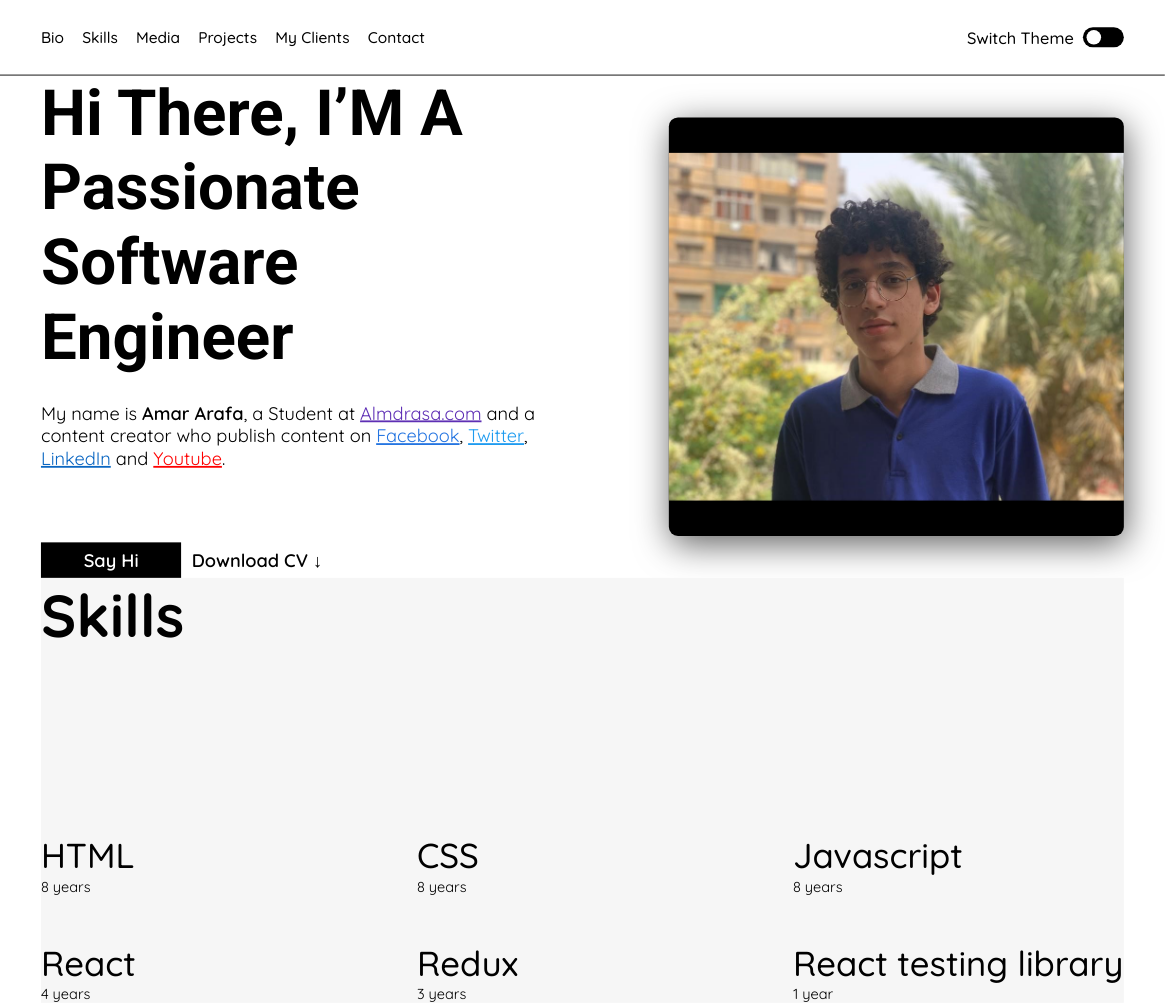
Repository: benarafa1/personal-website
Page: index.html
The author's editor kept a copy of each file at every save. The page is drawn from the files as they stood at one save, then again after the next save.
The browser window is 1280 px wide. The pictures show the whole page, at 91% of full size.

Above is the page before, as saved 2025-04-12 16:16:49.

### index.html
<!DOCTYPE html>
<html lang="en">
  <head>
    <meta charset="UTF-8" />
    <meta name="viewport" content="width=device-width, initial-scale=1.0" />
    <link rel="preconnect" href="https://fonts.googleapis.com" />
    <link rel="preconnect" href="https://fonts.gstatic.com" crossorigin />
    <link rel="preconnect" href="https://fonts.googleapis.com" />
    <link rel="preconnect" href="https://fonts.gstatic.com" crossorigin />
    <link
      href="https://fonts.googleapis.com/css2?family=Quicksand:wght@300..700&family=Roboto:ital,wght@0,100;0,300;0,400;0,500;0,700;0,900;1,100;1,300;1,400;1,500;1,700;1,900&display=swap"
      rel="stylesheet"
    />

    <link rel="stylesheet" href="style.css" />
    <title>Amar Arafa</title>
  </head>

  <body>
    <div class="container">
      <header class="header">
        <nav class="navigation">
          <ul class="navigation__list">
            <li><a class="navigation__link" href="#">Bio</a></li>
            <li><a class="navigation__link" href="#">Skills</a></li>
            <li><a class="navigation__link" href="#">Media</a></li>
            <li><a class="navigation__link" href="#">Projects</a></li>
            <li><a class="navigation__link" href="#">My Clients</a></li>
            <li><a class="navigation__link" href="#">Contact</a></li>
          </ul>
        </nav>
        <div class="toggle">
          <h3 class="toggle__title">Switch Theme</h3>
          <input
            type="checkbox"
            name="toggle__checkbox"
            id="checkbox"
            class="toggle__checkbox"
          />
          <label for="checkbox" class="toggle__label"></label>
        </div>
      </header>
      <section class="bio section">
        <div class="bio__data-part">
          <h1 class="bio__heading">
            Hi There, I’M A Passionate Software Engineer
          </h1>
          <p class="bio__objective">
            My name is <span class="bio__name">Amar Arafa</span>, a Student at
            <a href="" class="bio__Almdrasa">Almdrasa.com</a> and a content
            creator who publish content on
            <a href="#" class="bio__Facebook">Facebook</a>,
            <a href="#" class="bio__Twitter">Twitter</a>,
            <a href="#" class="bio__LinkedIn">LinkedIn</a> and
            <a href="#" class="bio__Youtube">Youtube</a>.
          </p>
          <a href="#" class="bio__links say-hi-link">Say Hi</a>
          <a href="#" class="bio__links download-cv-link"
            >Download CV <span class="bio__arrow">↓</span></a
          >
        </div>
        <div class="bio__pic-part">
          <img
            src="images/personal-pic.jpg"
            alt="img of amar"
            class="bio__pic"
          />
        </div>
      </section>
      <section class="skills section">
        <h2 class="h2__heading">Skills</h2>
        <div class="skills__languages">
          <div class="html">
            <p class="language">HTML</p>
            <p class="experience">8 years</p>
          </div>
          <div class="css">
            <p class="language">CSS</p>
            <p class="experience">8 years</p>
          </div>
          <div class="javascript">
            <p class="language">Javascript</p>
            <p class="experience">8 years</p>
          </div>
          <div class="react">
            <p class="language">React</p>
            <p class="experience">4 years</p>
          </div>
          <div class="redux">
            <p class="language">Redux</p>
            <p class="experience">3 years</p>
          </div>
          <div class="react-testing-library">
            <p class="language">React testing library</p>
            <p class="experience">1 year</p>
          </div>
        </div>
      </section>
    </div>
  </body>
</html>

### style.css
:root {
  --container-width: 119rem;
  --gutter: 2rem;
  --color-black: #000;
  --color-white: #fff;
  --color-blue: #2374e1;
  --color-light-blue: #1d9bf0;
  --color-dark-blue: #0a66c2;
  --color-darker-blue: #143ce8;
  --color-red: #ff0000;
  --color-purple: hsla(261, 96%, 33%, 0.822);
  --color-grey: #f6f6f6;
  --color-dark-green: #42959b;
  --color-background: var(--color-white);
  --color-text: var(--color-black);
  --color-box-img: var(--color-black);
  --color-link-bg: var(--color-black);
  --color-input-border: var(--color-black);
  --font-family-Roboto: "Roboto", sans-serif;
  --font-family-Quicksand: "Quicksand", sans-serif;
  --font-weight-regular: 400;
  --font-weight-medium: 500;
  --font-weight-semi-bold: 600;
  --font-weight-bold: 700;
  --font-size-70: 7rem;
  --font-size-65: 6.5rem;
  --font-size-40: 4rem;
  --font-size-38: 3.8rem;
  --font-size-24: 2.4rem;
  --font-size-22: 2.2rem;
  --font-size-20: 2rem;
  --font-size-18: 1.8rem;
  --font-size-15: 1.5rem;
  --transition-timing: 0.3s;
}

/* start CSS Reset_________________ */
*,
*::before,
*::after {
  box-sizing: border-box;
  margin: 0;
  padding: 0;
  font: inherit;
}

a {
  color: inherit;
  display: inline-block;
}

button {
  background-color: transparent;
  border: none;
  cursor: pointer;
}

ul,
ol {
  list-style: none;
}
body {
  font-size: 1.6rem;
  font-family: var(--font-family-Quicksand);
}

html {
  font-size: 62.5%;
  scroll-behavior: smooth;
  scroll-padding-top: 11rem;
}
/* end CSS Reset _____________________*/

/* globaL styles start________________ */
.section {
  display: grid;
  grid-template-columns: repeat(2, auto);
  align-items: start;
}
.h2__heading {
  font-size: var(--font-size-65);
  font-weight: var(--font-weight-bold);
  grid-column: 1/-1;
  margin-bottom: 10rem;
}
/* globaL styles end________________ */
.container {
  margin: 0 auto;
  width: var(--container-width);
}
/* header component start___________________ */

.navigation__list {
  display: flex;
  gap: 2rem;
}
.navigation__link:link,
.navigation__link:visited {
  font-weight: var(--font-weight-medium);
  text-decoration: none;
  font-size: 1.7rem;
}
.navigation__link:hover,
.navigation__link:active {
  text-decoration: underline;
}

.header {
  position: relative;
  padding: 3rem 0;
  display: flex;
  justify-content: center;
}
.header::before {
  content: "";
  position: absolute;
  height: 100%;
  width: 100vw;
  top: 0;
  z-index: -1;
  border-bottom: 0.1rem solid var(--color-input-border);
}

/* toggle start */
.toggle {
  display: flex;
  gap: 1rem;
  margin-left: auto;
}
.toggle__title {
  font-weight: var(--font-weight-medium);
  font-size: var(--font-size-18);
}
.toggle__checkbox {
  display: none;
}

.toggle__label {
  display: block;
  width: 4.5rem;
  height: 2.2rem;
  border-radius: 1.5rem;
  background-color: var(--color-black);
  cursor: pointer;
  padding: 0.3rem 0.4rem;
  transition: var(--transition-timing);
}

.toggle__label::before {
  content: "";
  display: block;
  width: 1.6rem;
  height: 1.6rem;
  border-radius: 50%;
  background-color: var(--color-white);
  transition: var(--transition-timing);
}

.toggle__checkbox:checked + .toggle__label {
  background-color: var(--color-white);
}
.toggle__checkbox:checked + .toggle__label::before {
  background-color: var(--color-black);
  transform: translateX(2.1rem);
}
/* toggle end */

/* header component end+_______________ */

/* bio component start */
.bio {
  grid-template-columns: repeat(2, 1fr);
  gap: 7.4rem;
}

.bio__heading {
  font-family: var(--font-family-Roboto);
  font-size: var(--font-size-70);
  font-weight: var(--font-weight-bold);
}
.bio__objective {
  font-weight: var(--font-weight-regular);
  font-size: var(--font-size-20);
  margin: 3rem 0 8rem;
}
.bio__name {
  font-weight: var(--font-weight-semi-bold);
}
.bio__Almdrasa {
  color: var(--color-purple);
}
.bio__Facebook {
  color: var(--color-blue);
}
.bio__Twitter {
  color: var(--color-light-blue);
}
.bio__LinkedIn {
  color: var(--color-dark-blue);
}
.bio__Youtube {
  color: var(--color-red);
}
.bio__links {
  font-size: var(--font-size-20);
  font-weight: var(--font-weight-semi-bold);
  text-decoration: none;
}
.say-hi-link {
  padding: 0.7rem 4.7rem;
  background-color: var(--color-black);
  color: var(--color-white);
}
.download-cv-link {
  margin-inline-start: 0.7rem;
}

@keyframes jump {
  0% {
    transform: translateY(0.5rem);
  }
  25% {
    transform: translateY(-0.5rem);
  }
  50% {
    transform: translateY(0);
  }
  100% {
    transform: translateY(0);
  }
}

.bio__arrow {
  display: inline-block;
  animation: jump 1s ease-in-out infinite alternate;
}

.bio__pic-part {
  display: flex;
  position: relative;
  align-items: center;
  align-self: center;
  justify-self: end;
}
.bio__pic-part::before {
  content: "";
  display: block;
  position: absolute;
  height: 46rem;
  width: 100%;
  border-radius: 1rem;
  z-index: -1;
  background-color: var(--color-box-img);
  box-shadow: 2.17543px 8.7017px 38.0699px rgba(0, 0, 0, 0.623);
}
.bio__pic {
  width: 50rem;
}
/* bio component end */

/* skills component start */
.skills {
  background-color: var(--color-grey);
  row-gap: 10rem;
}

.skills__languages {
  display: grid;
  grid-template-columns: repeat(3, 1fr);
  gap: 5rem;
}
.language {
  font-size: var(--font-size-38);
  font-weight: var(--font-weight-medium);
}

/* skills component end */

After the next save:
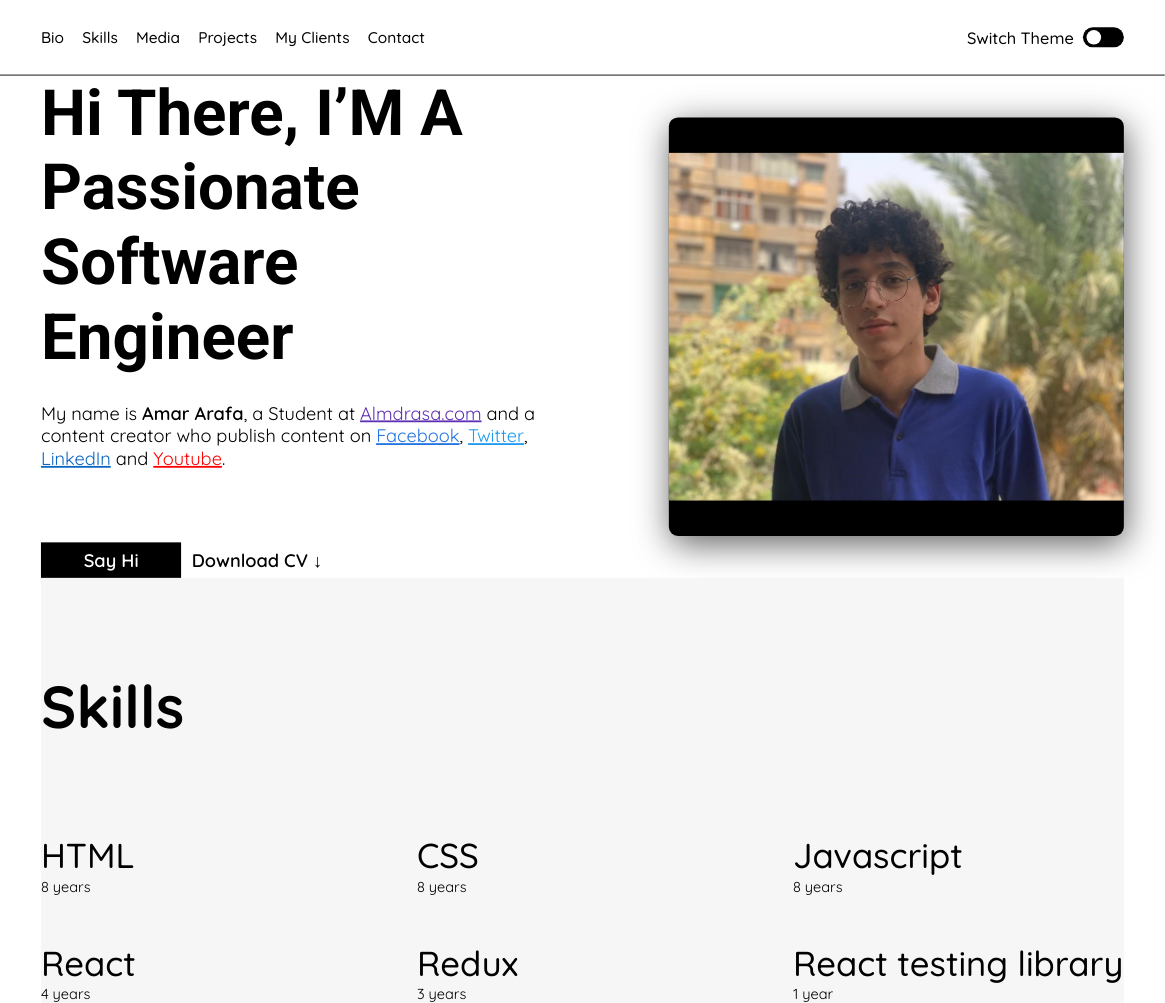
Saved 12 s later.
--- a/style.css
+++ b/style.css
@@ -81,7 +81,7 @@ html {
   font-size: var(--font-size-65);
   font-weight: var(--font-weight-bold);
   grid-column: 1/-1;
-  margin-bottom: 10rem;
+  margin-top: 10rem;
 }
 /* globaL styles end________________ */
 .container {
